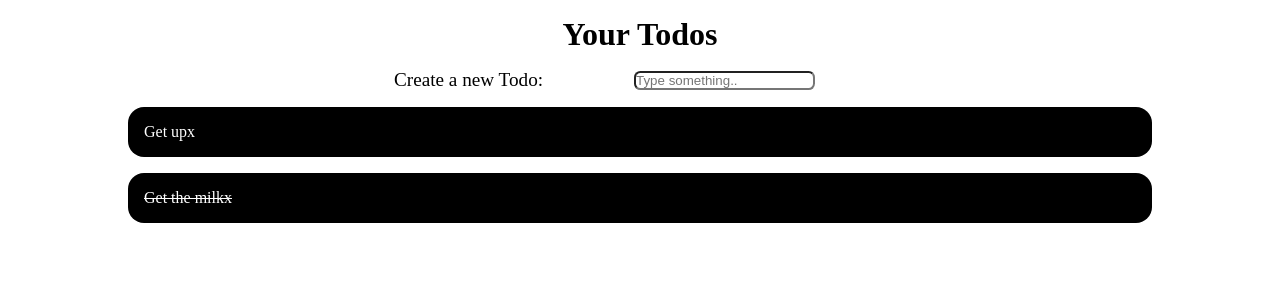
Repository: Heeeeeppo/todo-list
Page: / (app in frontend/)
An editor plug-in stored every save of this project. The page is shown before and after a run of saves, followed by the edit.
The browser window is 1280 px wide. The pictures show the whole page.
The project was rebuilt for these pictures with package versions that can differ from the ones it lists, and the page was loaded fresh each time.

Above is the page before, as saved 2023-11-07 19:38:24.

After the next 2 saves:
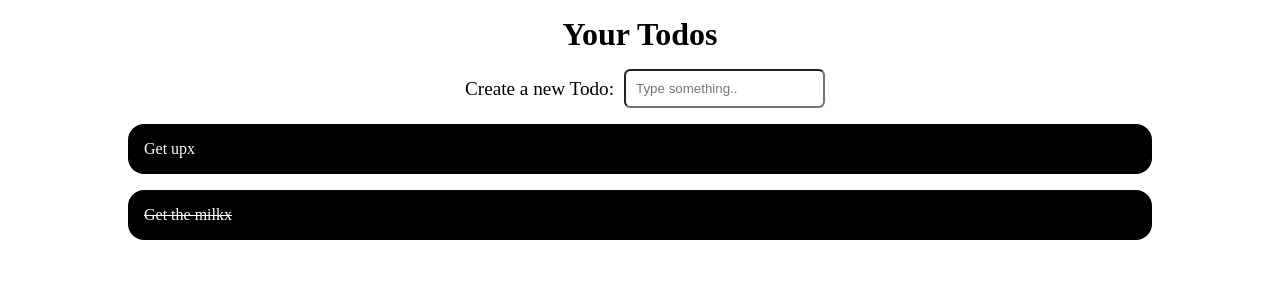
The 2 saves are shown as one change because they came seconds apart.
The last was saved 7 s later.
--- a/frontend/src/index.css
+++ b/frontend/src/index.css
@@ -30,7 +30,7 @@
 
 input {
   border-radius: 0.4rem;
-  margin: auto;
+  padding: 10px;
 }
 
 .todo {

After the save that followed:
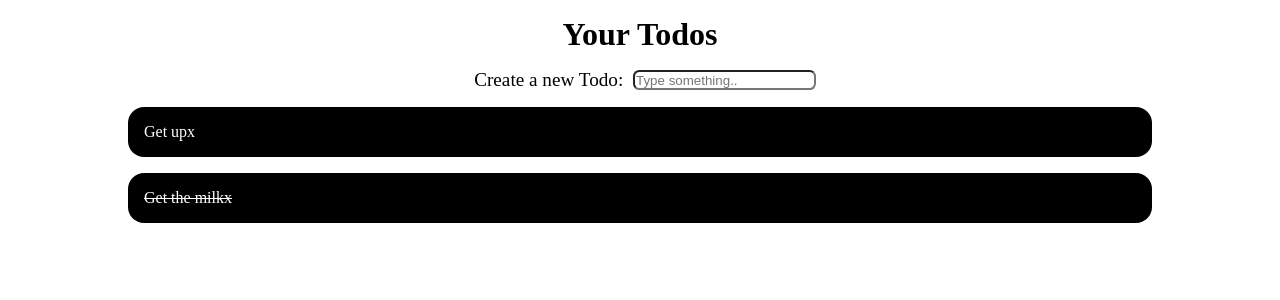
Saved 5 s later.
--- a/frontend/src/index.css
+++ b/frontend/src/index.css
@@ -30,7 +30,7 @@
 
 input {
   border-radius: 0.4rem;
-  padding: 10px;
+  padding: 0.8px;
 }
 
 .todo {
